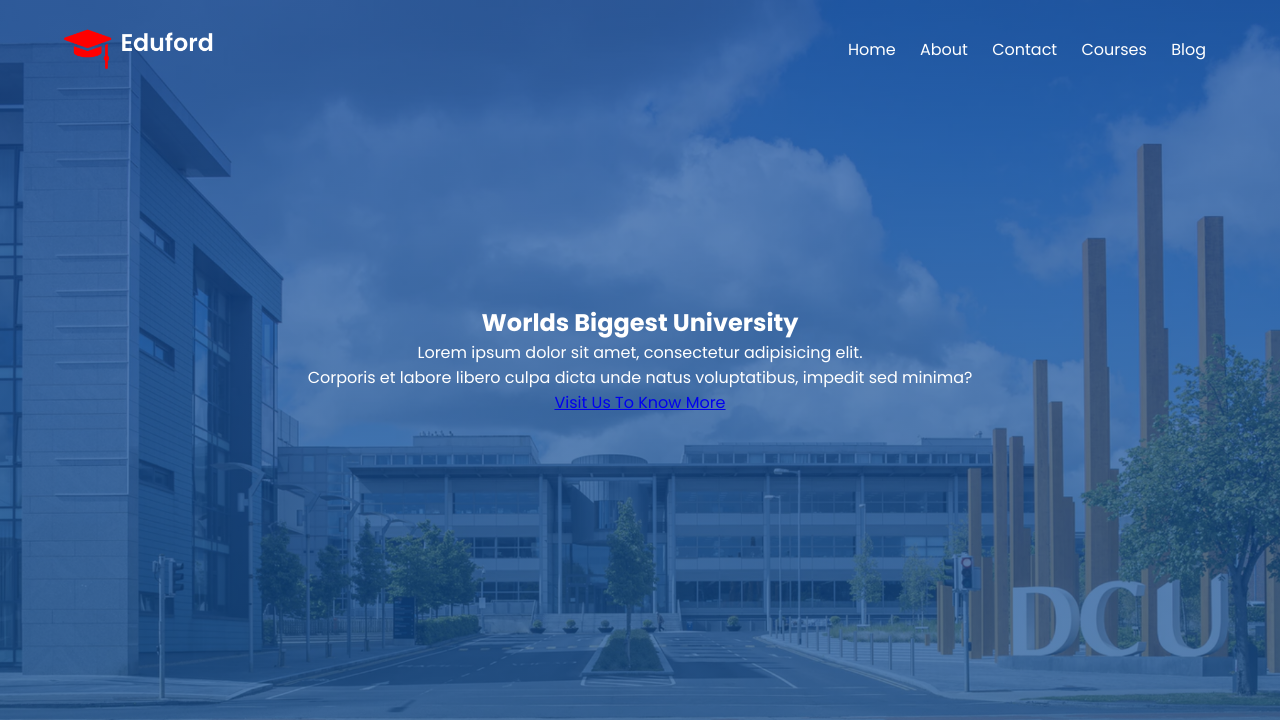
Repository: yashrajverma/Practise
Page: index.html
The author's editor kept a copy of each file at every save. The page is drawn from the files as they stood at one save, then again after the next save.
The browser window is 1280 px wide. The pictures show the whole page.

Above is the page before, as saved 2021-04-27 11:21:44.

### index.html
<!DOCTYPE html>
<html lang="en">
  <head>
    <meta charset="UTF-8" />
    <meta name="viewport" content="width=device-width, initial-scale=1.0" />
    <title>Website</title>
    <link rel="stylesheet" href="style.css" />
    <link rel="preconnect" href="https://fonts.gstatic.com">
<link href="https://fonts.googleapis.com/css2?family=Poppins:ital,wght@0,100;0,400;0,600;0,700;1,500&display=swap" rel="stylesheet">
  </head>
  <body>
    <section class="header">
        <nav>
         <a href="index.html"><img src="eduford_img/logo.png" alt="logo" class="nav-img"/></a>
          <div class="nav-links">
             <ul>
            <li><a href="#">Home</a></li>
            <li><a href="#">About</a></li>
            <li><a href="#">Contact</a></li>
            <li><a href="#">Courses</a></li>
            <li><a href="#">Blog</a></li>
          </ul>
          </div>
        </nav>

        <div class="text-box">
          <h1>
            Worlds Biggest University
          </h1>
          <p>
            Lorem ipsum dolor sit amet, consectetur adipisicing elit. <br>
            Corporis et labore libero culpa dicta unde natus voluptatibus, impedit sed minima?
          </p>
          <a href="#">Visit Us To Know More</a>
        </div>
    </section>
  </body>
</html>

### style.css
*{
    margin: 0;
    padding: 0;
    font-family: 'Poppins', sans-serif;
}
.header{
    width: 100%;
    min-height: 100vh;
    background:linear-gradient(rgba(23, 76, 156, 0.7),rgba(17, 75, 141, 0.7)) ,url('./eduford_img/banner.png');
    background-position: fixed;
    background-size: cover;
    background-repeat: no-repeat;
    position: relative;
}
nav{
    display: flex;
    align-items: center;
    justify-content: space-between;
    padding: 2% 5%;
}
.nav-img{
    width: 150px;
}
.nav-links{
    flex:1;
    text-align: right;
}
.nav-links ul li{
    list-style: none;
    padding: 0 10px ;
    display: inline-block;
    position: relative;
}
.nav-links ul li  a{
    text-decoration: none;
    color: white;

}
.nav-links ul li::after{
    width: 0;
    height: 2px;
    content: '';
    background-color: #f44336;
    display: block;
    margin: auto;
    transition: 0.4s;
}
.nav-links ul li:hover::after{
    width: 100%;
}
.text-box{
    width: 90%;
    text-align: center;
    position: absolute;
    top: 50%;
    left: 50%;
    transform: translate(-50%,-50%);
    color: white;
}
.text-box h{
    font-size: 62px;
}

After the next save:
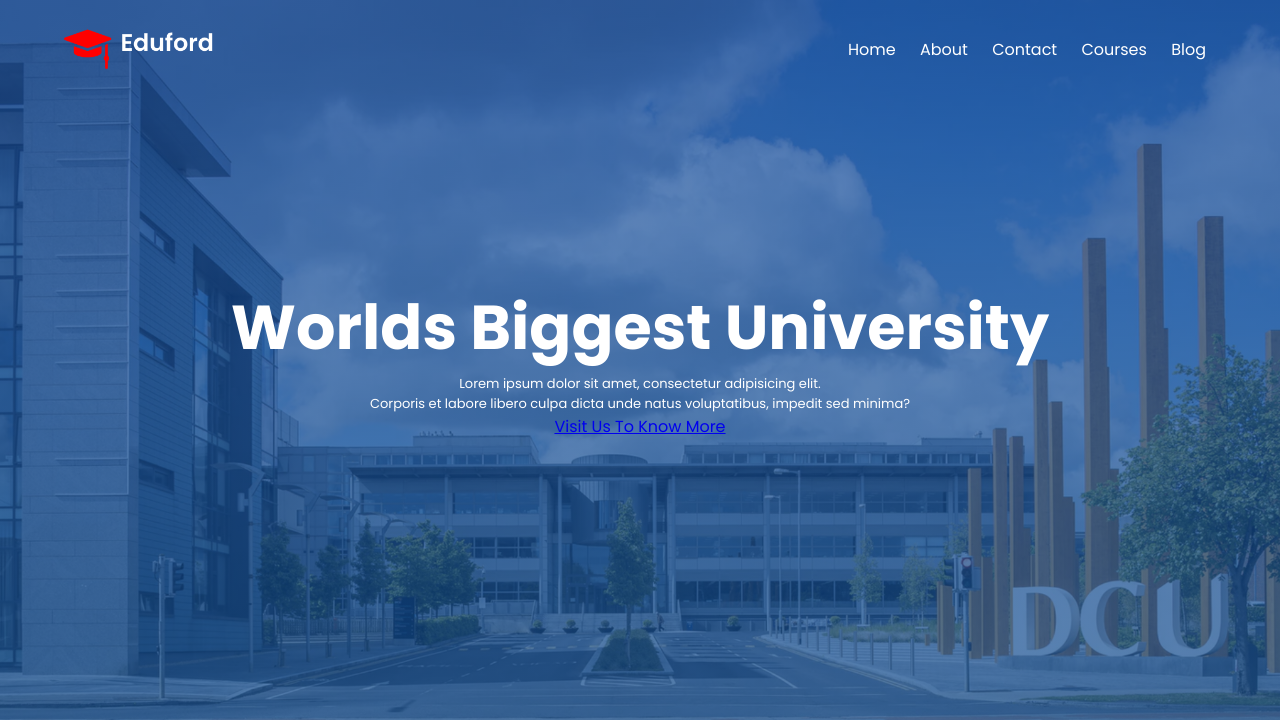
Saved 17 s later.
--- a/style.css
+++ b/style.css
@@ -57,6 +57,9 @@
     transform: translate(-50%,-50%);
     color: white;
 }
-.text-box h{
+.text-box h1{
     font-size: 62px;
 }
+.text-box p{
+    font-size: 13px;
+}
